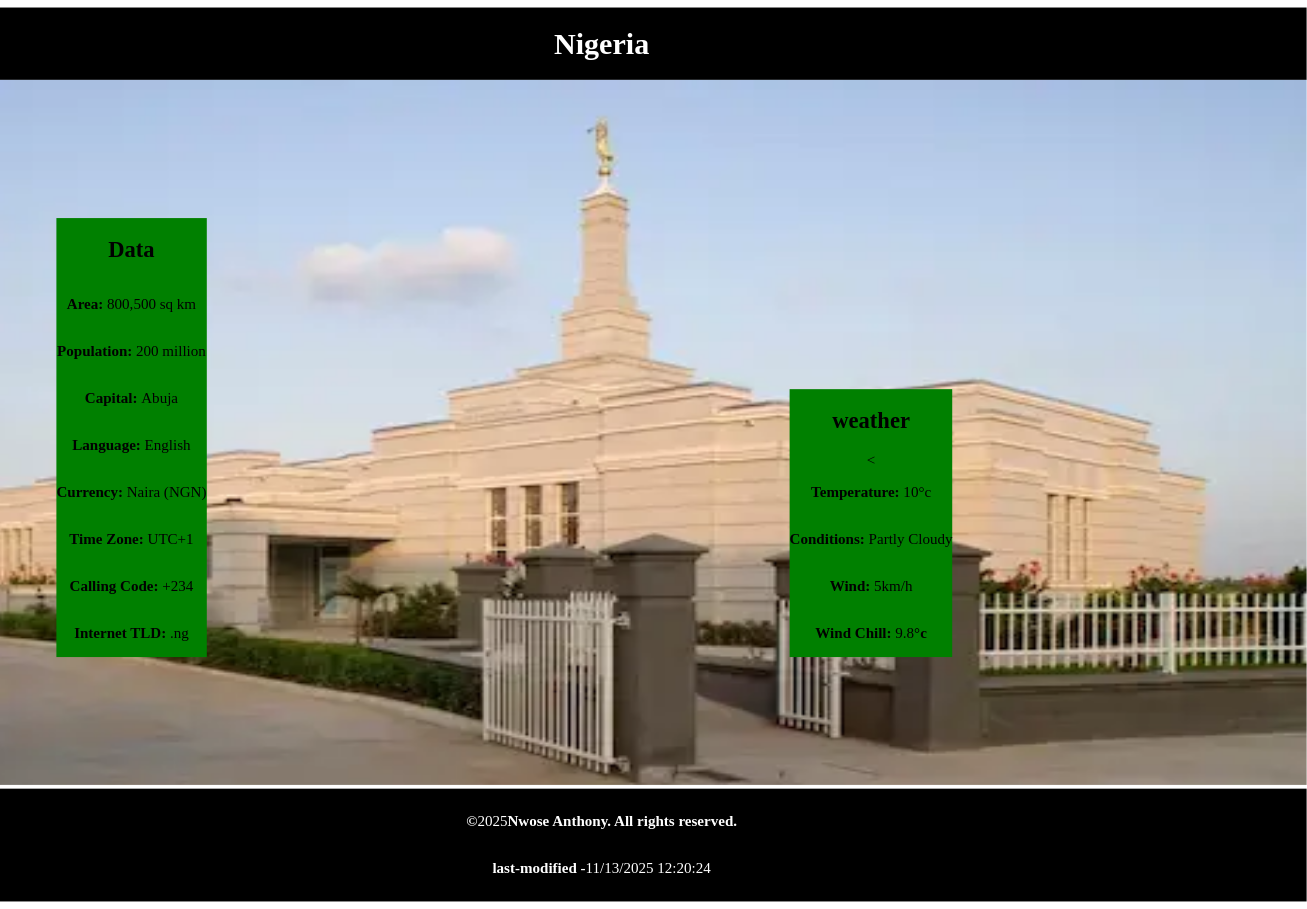
Repository: NoblesNigeria/wdd131
Page: place.html
An editor plug-in stored every save of this project. The page is shown before and after the next save, followed by the edit.
The browser window is 1280 px wide. The page is 1390 px wide, so the pictures cover 1390 px, including what lies to the right of the window. The pictures show the whole page, at 94% of full size.

Above is the page before, as saved 2025-11-13 18:00:07.

### place.html
<!DOCTYPE html>
<html lang="en">
<head>
    <meta charset="UTF-8">
    <meta name="viewport" content="width=device-width, initial-scale=1.0">
    <meta name="description" content="This page is showing the weather conditions of the temple area in Nigeria.">
    <meta name="author" content="Nwose Anthony">
    <title>country page</title>
    <link rel="stylesheet" href="styles/place.css">
    <link rel="stylesheet" href="styles/place-large.css" >
    <script src="scripts/place.js" defer></script>
    <link rel="preconnect" href="https://fonts.googleapis.com">
    <link rel="preconnect" href="https://fonts.gstatic.com" crossorigin>
    <link href="https://fonts.googleapis.com/css2?family=Roboto:wght@400;700&display=swap" rel="stylesheet">
</head>
<body>
    <header>
         <h1>Nigeria</h1>
    </header>
    <main>
        <div>
            <picture class="hero">
                <source srcset="images/hero-large.webp" media="max-width: 1000px">
                <source srcset="images/hero-medium.webp" media="max-width: 550px">
                <img src="images/hero-small.webp" alt="Aba Nigeria Temple" width="1500" height="750">
            </picture>
            <figure class="content">
                <h2>weather</h2>
                <
                <p>Temperature: <span id="temperature"></span></p>
                <p>Conditions: <span id="conditions"></span></p>
                <p>Wind: <span id="wind-speed"></span></p>
                <p>Wind Chill: <span id="wind-chill"></span>°c</p>
            </figure>
            <figure class="place-info">
                <h2>Data</h2>
                <p>Area: <span>800,500 sq km</span></p>
                <p>Population: <span>200 million</span></p>
                <p>Capital: <span>Abuja</span></p>
                <p>Language: <span>English</span></p>
                <p>Currency: <span>Naira (NGN)</span></p>
                <p>Time Zone: <span>UTC+1</span></p>
                <p>Calling Code: <span>+234</span></p>
                <p>Internet TLD: <span>.ng</span></p>
            </figure>
        </div>
    </main>
    <footer>
        <p>&copy;  <span id="current-year"></span> Nwose Anthony. All rights reserved.</p>
        <p>last-modified - <span id="last-modified"></span></p>
    </footer>
</body>
</html>

### styles/place.css
body{
        display: grid;
        grid-template-columns: 1fr;
        justify-content: center;

    }
    header{
    display: flex;
    justify-content: center;
    padding: var(--padding);
    font-size: 2rem;
    color: white;
    align-items: center;
    background-color: black;
}

.content{
    display: flex;
    flex-direction: column;
    justify-content: center;
    align-items: center;
    background-color: green;
}
.place-info{
    display: flex;
    flex-direction: column;
    justify-content: center;
    align-items: center;
    font-size: var(--font-size);
    background-color: green;
}
.content img::after{
    top: 20px;
    right: 5px;
    position: absolute;
}

footer{
    display: flex;
    justify-content: center;
    padding: var(--padding);
    font-size: 1rem;
    color: white;
    align-items: center;
    background-color: black;
    flex-direction: column;
}
@media (min-width:40rem){
    body{
        grid-template-columns: 1fr;

    }
    .content{
        display: flex;
        flex-direction: column;
        justify-content: center;
        align-items: center;
        background-color: green;
    }
    .place-info{
        display: flex;
        flex-direction: column;
        justify-content: center;
        align-items: center;
        font-size: var(--font-size);
        background-color: green;
    }
}

### styles/place-large.css
:root{
    --font-size: 1rem;
    --padding: 10px;

}
header h1{
    display: flex;
    justify-content: center;
    margin: 0;
    padding: var(--padding);
    font-size: 2rem;
    color: white;
    align-items: center;
}

div{
    display: grid;
    grid-template-columns: 1fr 1fr auto;
}
.hero{
    width: 100%;
    height: auto;
}
.content{
    position: absolute;
    bottom: 5px;
    left: 800px;
}
.content img{
    top: 20px;
    right: 5px;
    position: absolute;
}
p{
    font-weight: bold;
}
p span{
    font-weight: normal;
}
.place-info{
    position: absolute;
    bottom: 5px;
    left: 20px;
}

footer p{
    display: flex;
    justify-content: center;
    font-size: 1rem;
    color: white;
    align-items: center;
}

### scripts/place.js
// Set current year in footer
document.getElementById('current-year').textContent = new Date().getFullYear();
// Set last modified date in footer
document.getElementById('last-modified').textContent = document.lastModified;

let tem= "10°c";
let cond= "Partly Cloudy";
let windSpd= "5km/h";
let windChill= "9.8°c";
document.getElementById('temperature').textContent = tem;
document.getElementById('conditions').textContent = cond;
document.getElementById('wind-speed').textContent = windSpd;

function calculateWindChill(t, s) {
    let wc = 13.12 + (0.6215 * 10) - (11.37*(5**0.16 )) + (0.3965 * 10 * (5**0.16));
    return wc.toFixed(1);
}
document.getElementById('wind-chill').textContent = calculateWindChill(10, 5);

After the next save:
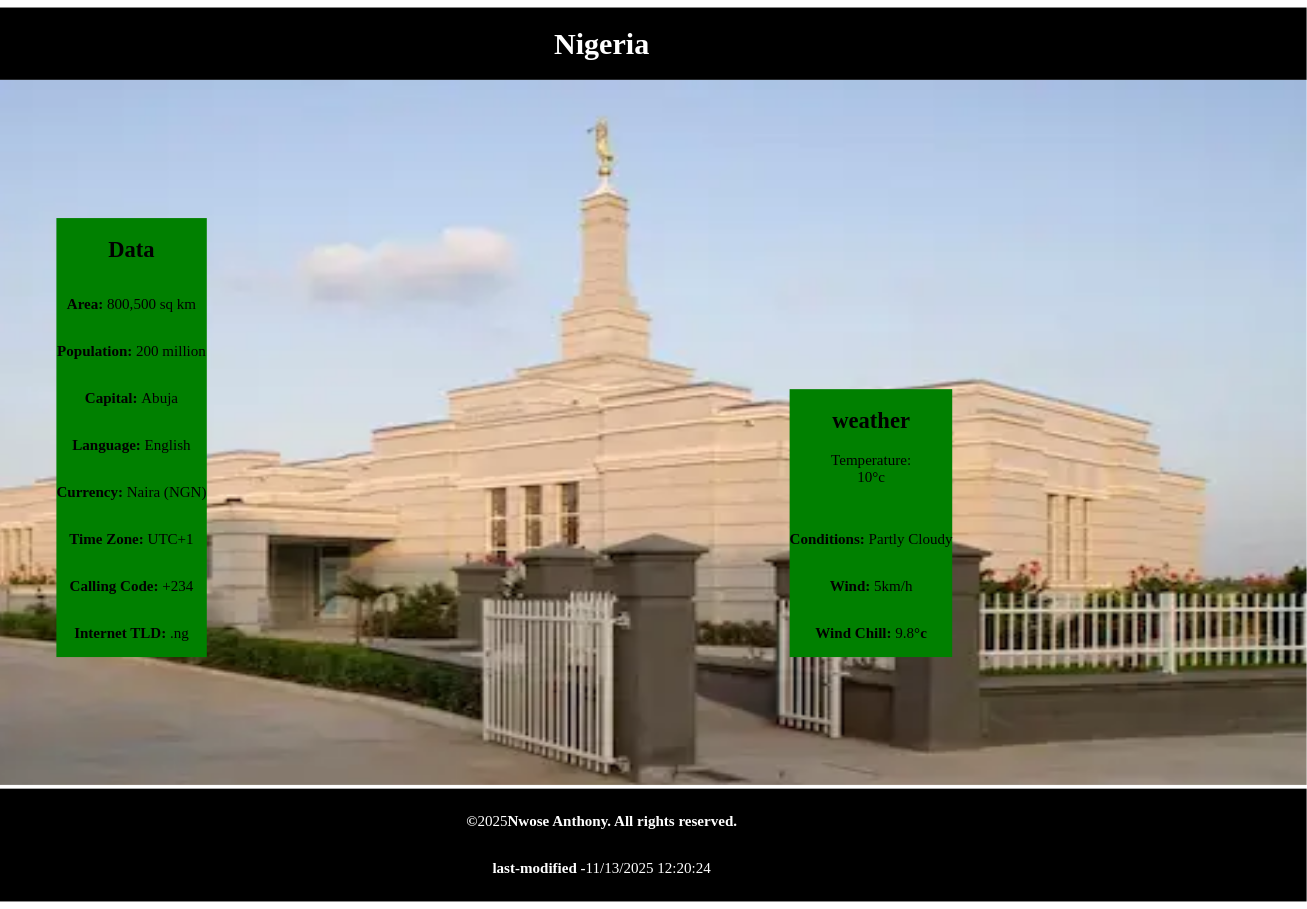
Saved 5 s later.
--- a/place.html
+++ b/place.html
@@ -26,7 +26,7 @@
             </picture>
             <figure class="content">
                 <h2>weather</h2>
-                <
+                <embed
                 <p>Temperature: <span id="temperature"></span></p>
                 <p>Conditions: <span id="conditions"></span></p>
                 <p>Wind: <span id="wind-speed"></span></p>
